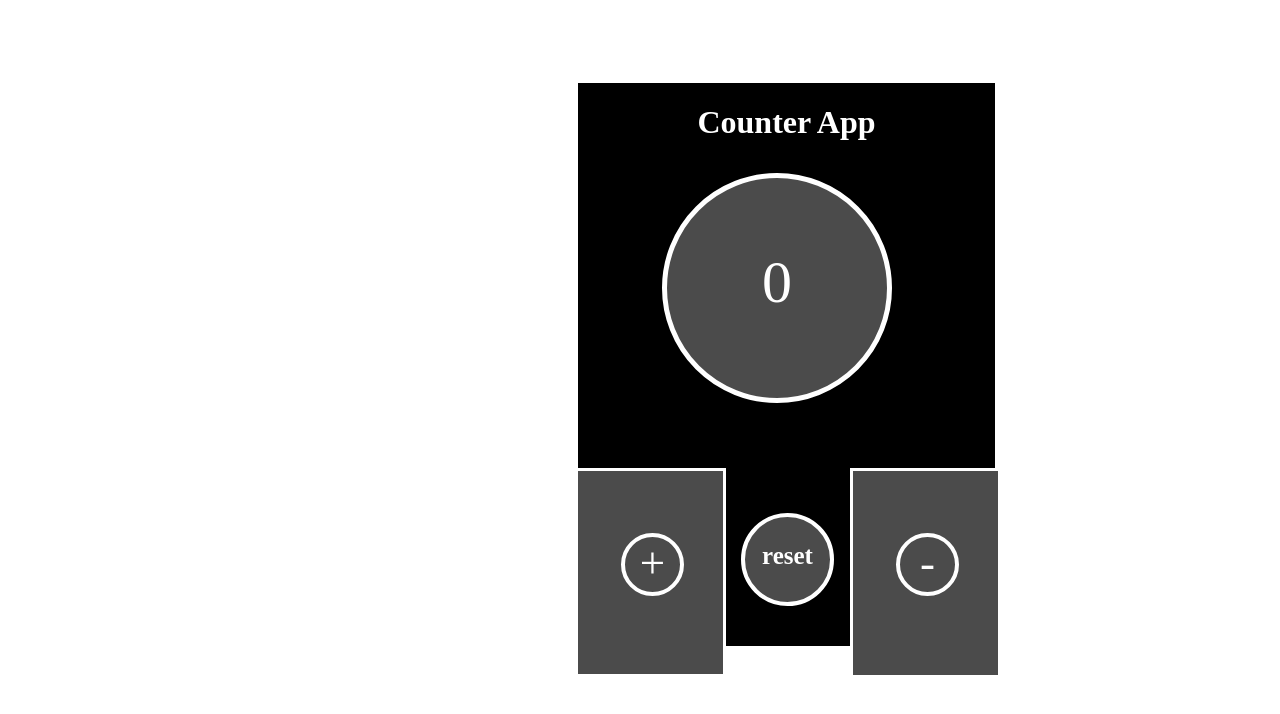
Repository: sara55m/Counter_App
Page: index.html
These files come from the project's save history. The page is drawn as it stood at one moment and after the next save; the edit follows.
The browser window is 1280 px wide. The pictures show the whole page.

Above is the page before, as saved 2024-08-01 04:00:24.

### index.html
<!DOCTYPE html>
<html lang="en">
<head>
    <meta charset="UTF-8">
    <meta name="viewport" content="width=device-width, initial-scale=1.0">
    <title>Document</title>
    <link rel="stylesheet" href="css/style.css">
</head>
<body>
    <div class="container">
        <h1>Counter App</h1>
        <div class="main" id="main"><p class="one" id="one"></p></div>
        <div class="increase" id="increase" onclick="increase()"><div class="increase2">+</div></div>
        <div class="decrease" id="decrease" onclick="decrease()"><div class="decrease2">-</div></div>
        <div class="reset" onclick="reset_1()"><p class="third">reset</p></div>
    </div>
    <script src="js/script.js"></script>
</body>
</html>

### css/style.css
.container{
    position: absolute;
    top:80px;
    left:575px;
    height:563px;
    width:417px;
    background-color: black;
    border:3px solid white;
}
h1{
    text-align: center;
    color:white;
    margin-bottom: 10px;
}
p.one{
    text-align: center;
    font-size: 60px;

}

.main{
    position:absolute;
    top:90px;
    left:84px;
    height:200px;
    width:200px;
    border:5px solid white;
    background-color:#4b4b4b;
    font-size: 50px;
    padding:10px;
    color:white;
    border-radius:50%;


}

.increase{
    position:absolute;
    top:385px;
    left:0px;
    height:203px;
    width:145px;
    background-color:#4b4b4b;
    border-top:3px solid white;
    border-right: 3px solid white;

}

.increase .increase2{
    position:absolute;
    top:62px;
    left:43px;
    height:55px;
    width:55px;
    border-radius: 50%;
    border:4px solid white;
    background-color:#4b4b4b;
    text-align: center;
    font-size: 45px;
    color:white;
}

.decrease{
    position:absolute;
    top:385px;
    left:272px;
    background-color:#4b4b4b;
    height:204px;
    width:145px;
    border-top:3px solid white;
    border-left: 3px solid white;

}
.decrease .decrease2{
    position:absolute;
    top:62px;
    left:43px;
    height:55px;
    width:55px;
    border-radius: 50%;
    border:4px solid white;
    background-color:#4b4b4b;
    text-align: center;
    font-size: 45px;
    color:white;
}

.reset{
    position:absolute;
    top:430px;
    left:163px;
    height:85px;
    width:85px;
    border-radius: 50%;
    background-color:#4b4b4b;
    font-weight: bolder;
    border:4px solid white;

}

p.third{
    font-size: 25px;
    text-align: center;
    color:white;
}

### js/script.js
let count=0;
document.getElementById("one").innerHTML=count;
function increase(){
    count+=1;
    document.getElementById("one").innerHTML=count;
}

function reset_1(){
    count=0;
    document.getElementById("one").innerHTML=count;
}

count=0;
document.getElementById("one").innerHTML=count;
function decrease(){
    count-=1;
    document.getElementById("one").innerHTML=count;

}

After the next save:
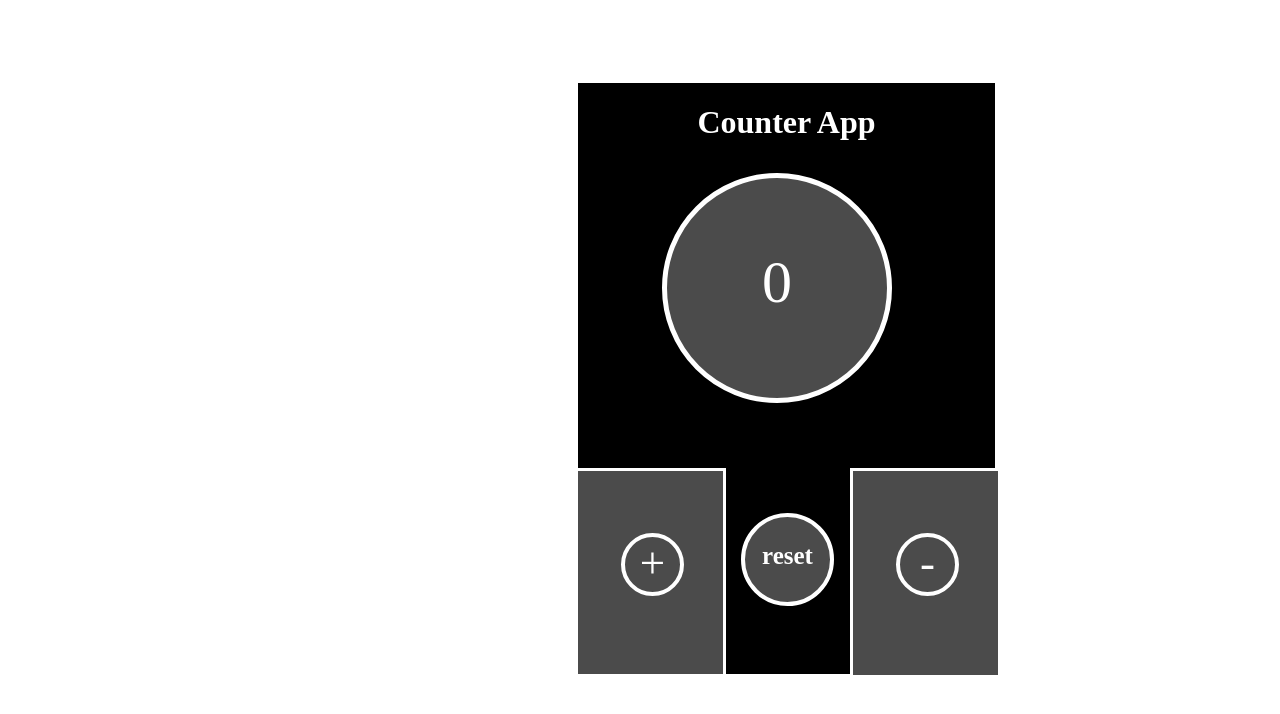
Saved 24 s later.
--- a/css/style.css
+++ b/css/style.css
@@ -2,7 +2,7 @@
     position: absolute;
     top:80px;
     left:575px;
-    height:563px;
+    height:591px;
     width:417px;
     background-color: black;
     border:3px solid white;
